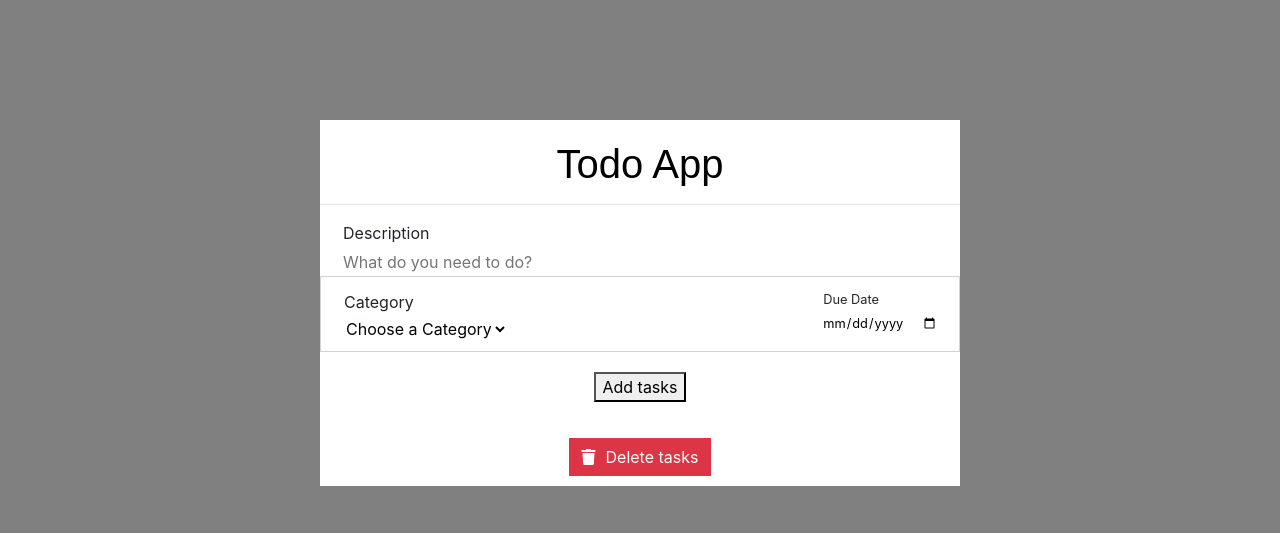
Repository: Sayan-100/Todo-List
Page: http://localhost/
These files come from the project's save history. The page is drawn as it stood at one moment and after the next save; the edit follows.
The browser window is 1280 px wide. The pictures show the whole page.
Some web libraries are served in a nearby version. The page is served by the project's Node server (index.js). Other server files are loaded and not shown. Queries for data that is not in the repository find no rows.

Above is the page before, as saved 2021-12-29 21:09:27.
Not found: js/home.js

### views/home.ejs
<!DOCTYPE html>
<html>

<head>

    <meta charset="UTF-8">
    <meta http-equiv="X-UA-Compatible" content="IE=edge">
    <meta name="viewport" content="width=device-width, initial-scale=1.0">
    <title>
        <%= title %>
    </title>
    <link rel="stylesheet" href="https://stackpath.bootstrapcdn.com/bootstrap/4.5.2/css/bootstrap.min.css" integrity="sha384-JcKb8q3iqJ61gNV9KGb8thSsNjpSL0n8PARn9HuZOnIxN0hoP+VmmDGMN5t9UJ0Z" crossorigin="anonymous">
    <link rel="stylesheet" href="https://use.fontawesome.com/releases/v5.5.0/css/all.css" integrity="sha384-B4dIYHKNBt8Bc12p+WXckhzcICo0wtJAoU8YZTY5qE0Id1GSseTk6S+L3BlXeVIU" crossorigin="anonymous">
    <link rel="stylesheet" href="/css/style.css">

</head>

<body>

    <div class="container">
        <h1> Todo App </h1>
        <hr>
        <form id="create-form" action="/create_todo" method="POST">
            <div class="description">
                <p>Description</p>
                <input type="text" name="description" id="desc" placeholder="What do you need to do?" required>
            </div>

            <div class="options">

                <div class="cat">
                    <p>Category</p>
                    <select name="category" id="cat" required>
                        <option name="Choose" selected>Choose a Category</option>
                        <option name="Personal">Personal</option>
                        <option name="Work">Work</option>
                        <option name="Cleaning">Cleaning</option>
                        <option name="School">School</option>
                        <option name="others">Others</option>
                    </select>
                </div>

                <div class="date">
                    <p>Due Date</p>
                    <input type="date" name="date" placeholder="dd/mm/yyyy">
                </div>
            </div>

            <div class="buttons">
                <button>Add tasks</button>
            </div>

        </form>



        <!-- form attribute is used to link the button with the form  by specifying the id -->

        <form id="delete-form" action="/delete-todo" method="POST">
            <ul>
                <% for(let i of todo_list) {%>
                    <li class="single-todo">

                        <div class="check">
                            <input type="checkbox" id="check" name="<%=i._id%>" value="">
                            <!-- name attribute is used to take id of selected to do list from the from tag to the controller-->

                            <div class="desc_and_date">
                                <b>
                                    <span>
                                        <%= i.Description%>
                                    </span>
                                </b>

                                <span class="date">
                                    <i class="fas fa-calendar-day"></i>
                                    <%=i.DueDate%>
                                </span>
                            </div>
                        </div>

                        <div id="category">
                            <span>
                                <%= i.Category %>
                            </span>
                        </div>

                    </li>
                    <% } %>
            </ul>

            <div class="submitbtn">
                <button type="submit" class="btn btn-danger btn-2" form="delete-form"><i class="fas fa-trash"></i>Delete tasks</button>
            </div>

        </form>
    </div>



    <script type="text/javascript" src="/js/home.js">
    </script>

</body>

</html>

### index.js
const express = require('express');
const path = require('path');
const port = 8000;

const db = require('./config/mongoose');
const to_do = require('./models/to-do');

const app = express();

app.set('view engine', 'ejs');
app.set('views', path.join(__dirname, 'views'));

app.use(express.urlencoded());
app.use(express.static('assests'));
app.get('/', function(req, res) {

    //res.send('<h1>cool it is running or is it ?</h1>')
    to_do.find({}, function(err, todos) {
        if (err) {
            console.log('Error in fetching todo from db');
            return;
        }

        return res.render('home', {
            title: "My todo List",
            todo_list: todos
        });
    });

});

app.post('/delete-todo', function(req, res) {
    let id = req.query.id;
    Object.keys(req.body).forEach(function(id) {
        to_do.findByIdAndDelete(id, function(err) {
            if (err) {
                console.log('Error in deleting a object form database');
                return;
            }
        });
        return res.redirect('back');
    })
});

//   to_do.findByIdAndDelete(id, function(err) {
//         if (err) {
//             console.log('Error in deleting a object form database');
//             return;
//         }

//         return res.redirect('back');
//})
app.post('/create_todo', function(req, res) {

    let date = "NO DEADLINE";
    console.log('**********', date);
    if (req.body.DueDate) {
        date = req.body.DueDate;
    }

    to_do.create({
        Description: req.body.Description,
        Category: req.body.Category,
        DueDate: date

    }, function(err, newTodo) {

        if (err) {
            console.log('Error in creating a todo');
            return;
        }

        console.log('**********', newTodo);
        return res.redirect('back');

    });
});


app.listen(port, function(err) {
    if (err) {
        console.log('Error in running server');
    }

    console.log('Yup! my server is running on port', port);
});

### assests/css/style.css
body {
    background-color: gray;
    margin: 0;
}

h1 {
    color: black;
    text-align: center;
    font-family: sans-serif;
    padding: 20px 20px 0px 20px;
    margin-bottom: 0px;
}

.container {
    width: 50%;
    margin: auto;
    background-color: white;
    padding: 0px;
    margin-top: 120px;
}

.form-fill {
    display: flex;
    flex-direction: column;
}

.options {
    display: flex;
    justify-content: space-between;
}

input {
    outline: none;
    border: 1px solid transparent;
}

#desc {
    width: 100%;
}

p {
    margin: 3px;
}

select {
    outline: none;
    border: 1px solid transparent;
    background-color: white;
    width: 100%;
}

option {
    padding: 5px;
    border: 1px solid transparent;
}

.description {
    border: 0px 1px 1px 1px solid lightgray;
    padding: 0px 20px;
}

.options {
    border: 1px solid lightgray;
    padding: 10px 20px;
}

.buttons {
    display: flex;
    justify-content: center;
    padding: 20px;
}

.btn-1 {
    margin-right: 3px;
    border-radius: 0px;
}

.btn-2 {
    border-radius: 0px;
}

.submitbtn {
    display: flex;
    justify-content: center;
    padding-bottom: 10px;
}

.single-todo {
    display: flex;
    justify-content: space-between;
    align-items: center;
}

.desc_and_date {
    display: flex;
    flex-direction: column;
    margin-left: 15px;
}

.date {
    font-size: 0.8rem;
}

ul {
    padding: 0;
}

li {
    padding: 10px;
    /* padding-left:30px; */
    border: 1px solid lightgray;
}

#category {
    margin-right: 3%;
    color: white;
    padding: 4px;
    width: 80px;
    height: 45px;
    text-align: center;
}

#category:nth-of-type(2n) {
    background-color: rgb(12, 12, 63);
}

#category span {
    position: relative;
    top: 5px;
}

.check {
    display: flex;
    align-items: center;
    justify-content: flex-start;
    width: 40%;
}

li:hover {
    background-color: lightgrey;
}

@media screen and (max-width:900px) {
    .container {
        width: 70%;
    }
}

i {
    margin-right: 10px;
}

After the next save:
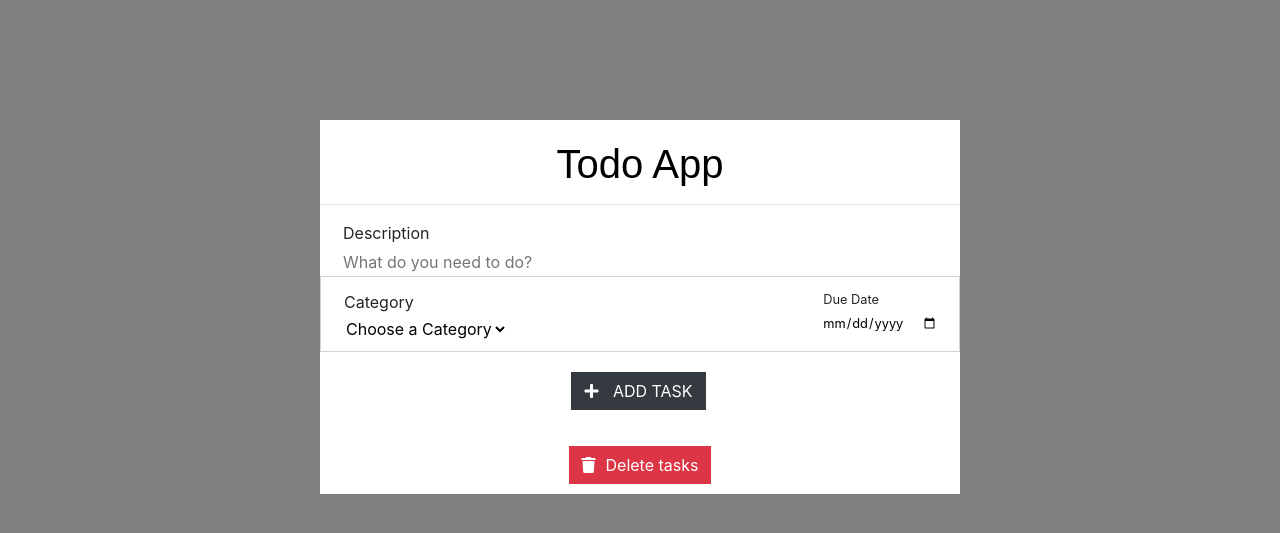
Saved 53 s later.
--- a/views/home.ejs
+++ b/views/home.ejs
@@ -47,7 +47,11 @@
             </div>
 
             <div class="buttons">
-                <button>Add tasks</button>
+                <button type="submit" class="btn btn-dark btn-1">
+                    <i class="fas fa-plus"></i>
+                    ADD TASK
+                </button>
+
             </div>
 
         </form>
